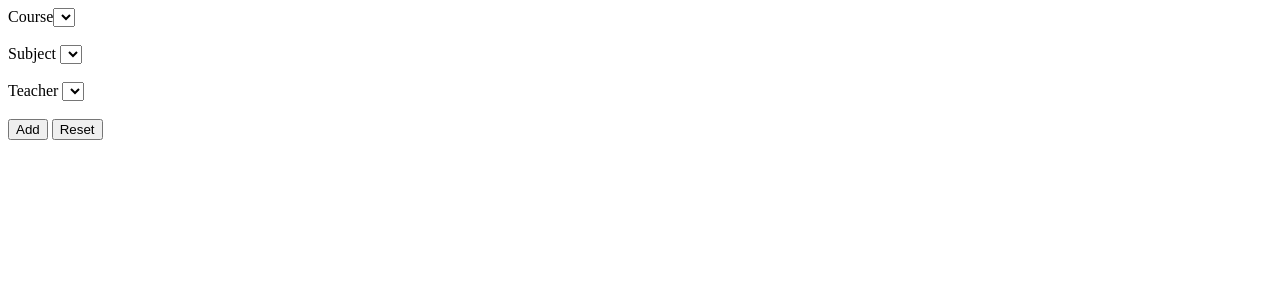
Repository: shubhamsingh331/Learners_Academy
Page: http://localhost/LearnersAcademy/Department/Edit.jsp
An editor plug-in stored every save of this project. The page is shown before and after the next save, followed by the edit.
The browser window is 1280 px wide. The pictures show the whole page.
The page is served by Tomcat 9. Queries for data that is not in the repository find no rows.

Above is the page before, as saved 2023-10-11 03:30:13.

After the next save:
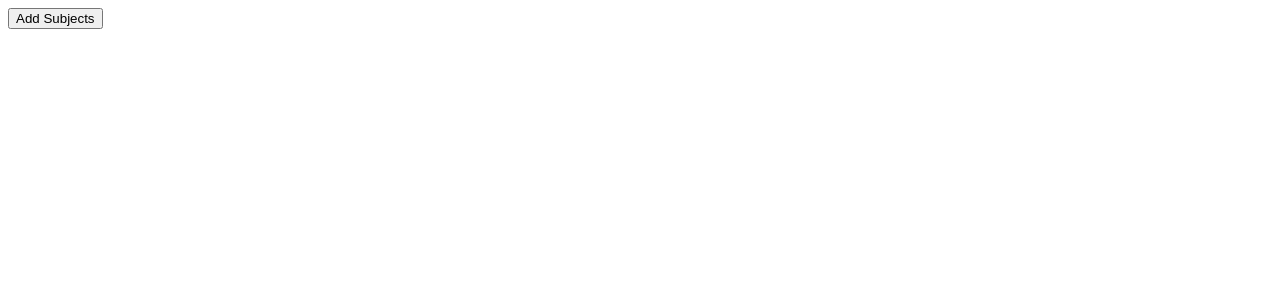
Saved 12 min 5 s later.
--- a/LearnersAcademy/src/main/webapp/Department/Edit.jsp
+++ b/LearnersAcademy/src/main/webapp/Department/Edit.jsp
@@ -17,53 +17,8 @@
 </head>
 <body>
 <form action="EditController.jsp" method="post">
-Course<select name = "course">
-<%
-String jdbcUrl = "jdbc:mysql://localhost:3306/StudentManagement1";
-String dbUsername = "root";
-String dbPassword = "123456";
-
-    Class.forName("com.mysql.cj.jdbc.Driver");
-    Connection conn = DriverManager.getConnection(jdbcUrl, dbUsername, dbPassword);
-    String sql = "show tables";
-    PreparedStatement ps = conn.prepareStatement(sql);
-    ResultSet rs = ps.executeQuery();
-    while(rs.next()){
-    	%>
-
-<option><%=rs.getString(1) %></option>
-<%} %>
-</select>
-<br>
-<br>
-Subject <select name="subject">
-<%
-SubjectsDAO dao1 = new SubjectsDAO();
-List<SubjectsPojo> list1 = dao1.option();
-
-for(SubjectsPojo s:list1){
-%>
-<option value="<%=s.getSubid()%>"><%=s.getSubname() %></option>
-<%} %>
-</select>
-<br>
-<br>
-Teacher <select name="teacher">
-<%
-TeachersDAO dao = new TeachersDAO();
-List<TeachersPojo> list = dao.option();
-
-for(TeachersPojo t:list){
-%>
-<option value="<%=t.getId()%>"><%=t.getFname() %>&nbsp<%=t.getLname() %></option>
-<%} %>
-</select>
-<br>
-<br>
-
-<input type="submit" value="Add">
-<input type="reset" value="Reset">
-</select>
+<input type="hidden" name="dept" value="<%=request.getParameter("dept")%>">
+<input type="submit" value="Add Subjects">
 </form>
 </body>
 </html>
